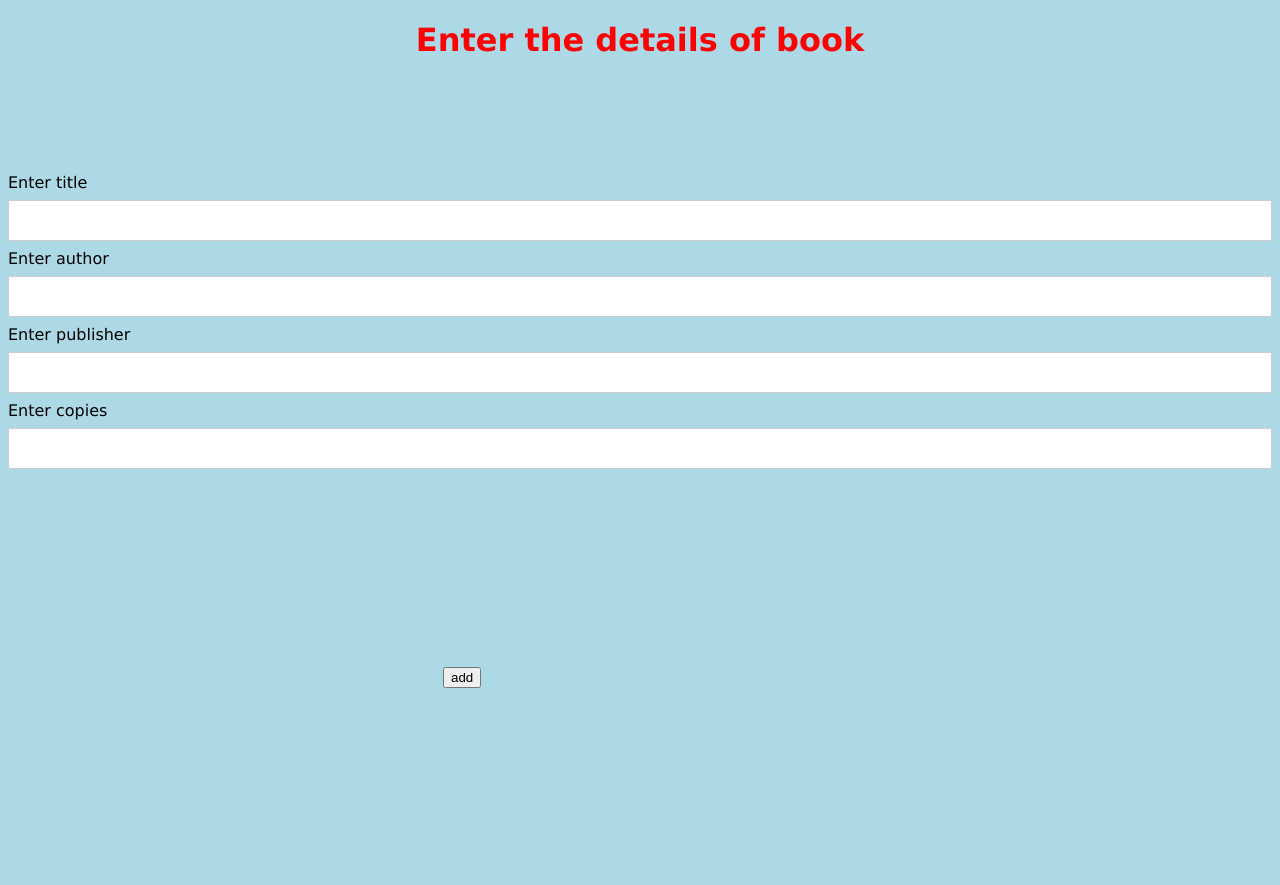
Repository: prashantvadlamani/Library-Management-System
Page: http://localhost/project/add.jsp
These files come from the project's save history. The page is drawn as it stood at one moment and after the next save; the edit follows.
The browser window is 1280 px wide. The pictures show the whole page.
The page is served by Tomcat 9.

Above is the page before, as saved 2018-08-23 06:45:45.

After the next save:
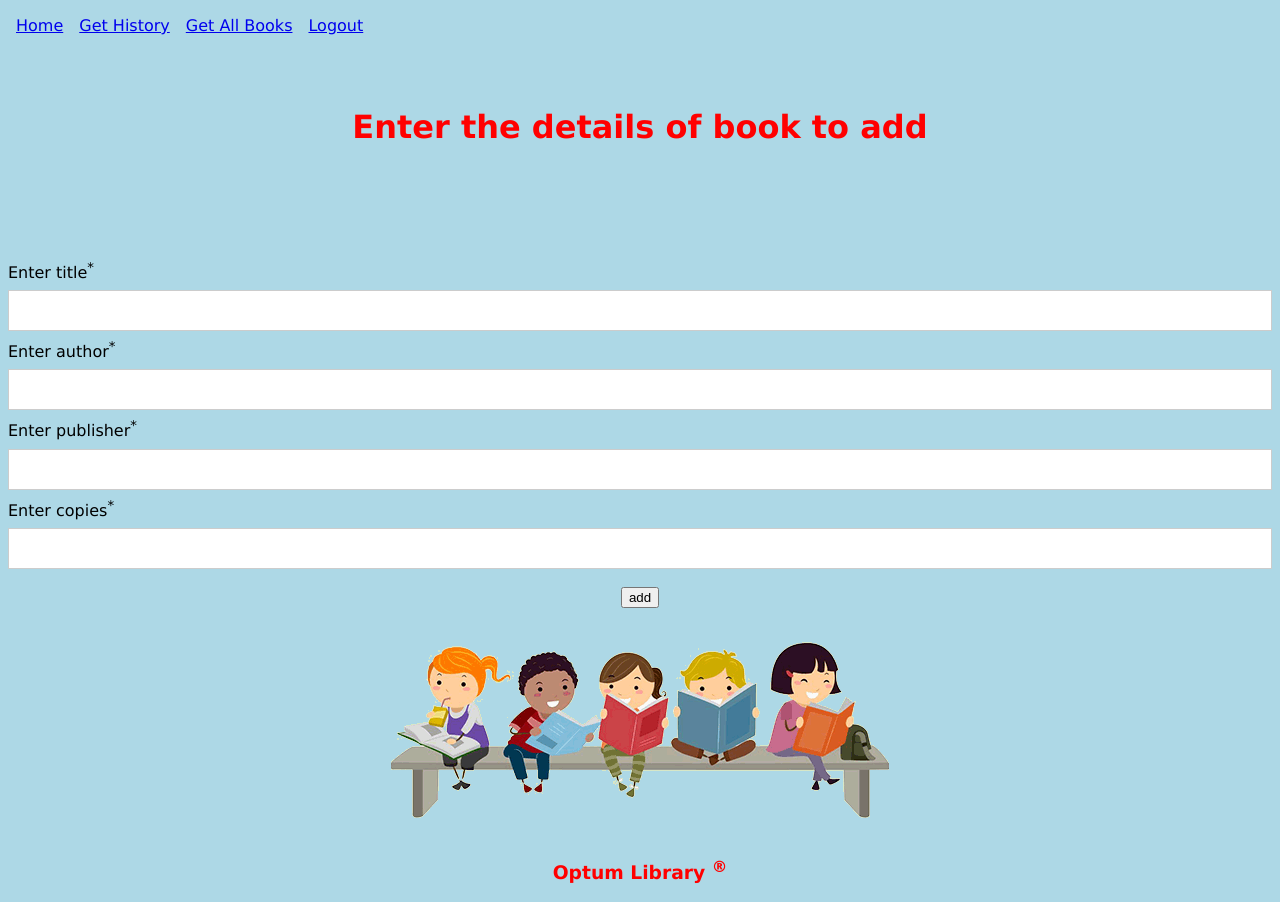
Saved 8 s later.
--- a/project/WebContent/add.jsp
+++ b/project/WebContent/add.jsp
@@ -6,6 +6,9 @@
 <meta http-equiv="Content-Type" content="text/html; charset=ISO-8859-1">
 <title>Add</title>
 <style>
+	a:HOVER{
+		color:olive;
+	}
 	form {
    	 	border: 3px;
    	 	margin-top: 9%;
@@ -30,23 +33,71 @@
 	}
 
 	table{
-		height: 400px;
-		width: 400px;
+		height: 40px;
+		width: 40px;
 	}
+	footer{
+		margin-bottom: 0px;
+		position: relative;
+    left: 0;
+    bottom: 0;
+    width: 100%;
+    color: white;
+    text-align: center;
+	}
+	h3{
+		color: red;
+		text-align: center;
+	}
+		div ul {
+    list-style-type: none;
+    margin: 0;
+    padding: 0;
+    margin-bottom: 50px;
+    width: 100%;
+    height : 50px;
+    text-align: center;
+}
+	li {
+    float:left;
+    text-align: center;
+}
+	h1{
+		clear: both;
+	}
+a {
+    display: block;
+    padding: 8px;
+
+}
 </style>
 </head>
 <body>
+ <div>
+	<ul>
+  <li><a href="librarian.jsp">Home</a></li>
+  <li><a href="libhistory">Get History</a></li>
+  <li><a href="librarianServlet">Get All Books</a></li>
+  <li><a href="logout">Logout</a></li>
+</ul>
+
+</div>
 <header>
-	  <h1>Enter the details of book</h1>
+	  <h1>Enter the details of book to add</h1>
   </header>
+
 	<form  method="POST" action="add">
-		Enter title<input type="text" name="title"><br>
-		Enter author<input type="text" name="author"><br>
-		Enter publisher<input type="text" name="publisher"><br>
-		Enter copies<input type="text" name="copies"><br>
+		Enter title<sup>*</sup><input type="text" name="title"><br>
+		Enter author<sup>*</sup><input type="text" name="author"><br>
+		Enter publisher<sup>*</sup><input type="text" name="publisher"><br>
+		Enter copies<sup>*</sup><input type="text" name="copies"><br>
 		<table align="center">
 		<tr><td ><input type="submit" value="add" ></td></tr>
 		</table>
 	</form>
+	<footer>
+		<img src="images/footer_kids3.jpg"></img>
+		<h3>Optum Library <sup>&reg;</sup></h3>
+	</footer>
 </body>
 </html>
